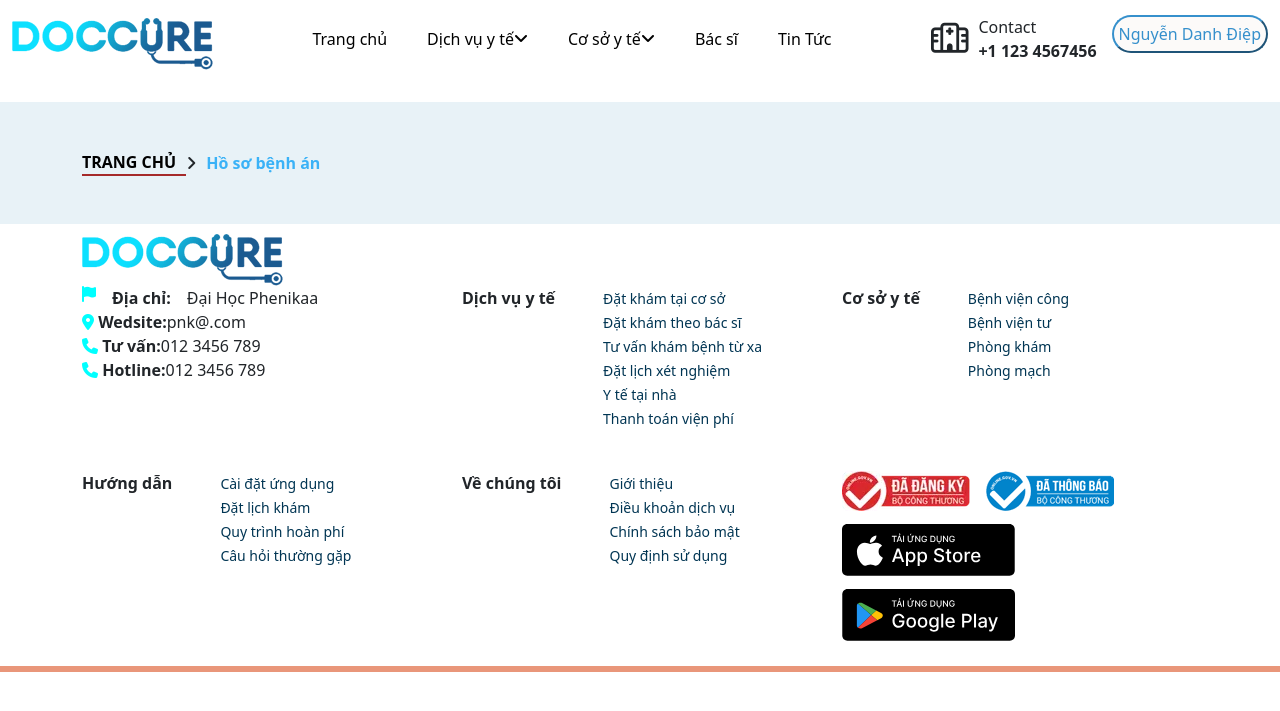
Repository: tuanminhh03/DACS-Complete
Page: http://localhost/web-user/hosobenhnhan.php
An editor plug-in stored every save of this project. The page is shown before and after the next save, followed by the edit.
The browser window is 1280 px wide. The pictures show the whole page.
The page is run by PHP 8.4 with error messages shown; the project is at /var/www/html/.

Above is the page before, as saved 2023-11-11 17:57:30.

After the next save:
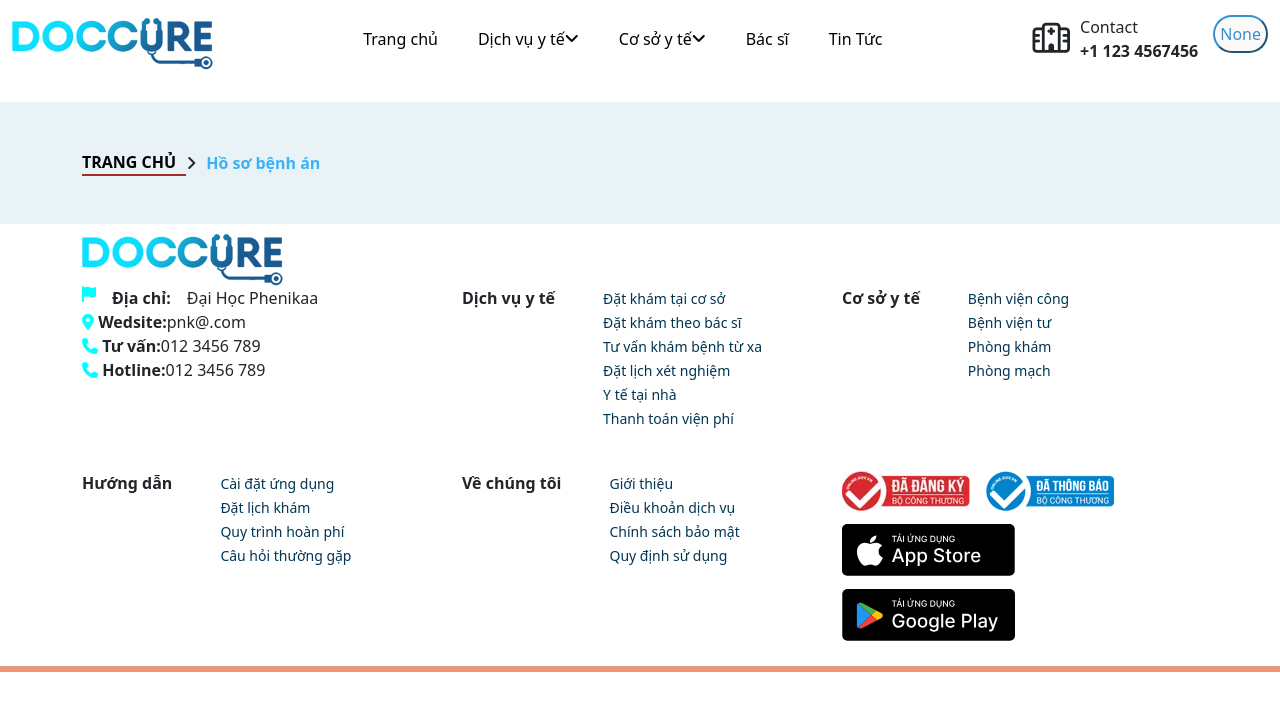
Saved 17 s later.
--- a/web-user/hosobenhnhan.php
+++ b/web-user/hosobenhnhan.php
@@ -1,5 +1,6 @@
 <!DOCTYPE html>
 <html lang="en">
+
 <head>
     <meta charset="UTF-8">
     <meta name="viewport" content="width=device-width, initial-scale=1.0">
@@ -10,6 +11,7 @@
     <link rel="stylesheet" href="./jquery/script.js">
     <title>Document</title>
 </head>
+
 <body>
     <header class="doccure_header">
         <div class="doccure_header-mid">
@@ -29,11 +31,11 @@
                         <li class="menu_item">
                             <a href="service.html">Dịch vụ y tế<i class="fa-solid fa-angle-down"></i></a>
                             <div class="subnav" style="width: 160px;">
-                                    <a href="./service.html">Đặt khám tại cơ sở</a>
-                                    <a href="./service2.html">Đặt khám theo bác sĩ</a>
-                                    <a href="#">Tư vấn khám bệnh từ xa</a>
-                                    <a href="./service3.html">Đặt lịch xét nghiệm</a>
-                                    <a href="#">Y tế tại nhà</a>
+                                <a href="./service.html">Đặt khám tại cơ sở</a>
+                                <a href="./service2.html">Đặt khám theo bác sĩ</a>
+                                <a href="#">Tư vấn khám bệnh từ xa</a>
+                                <a href="./service3.html">Đặt lịch xét nghiệm</a>
+                                <a href="#">Y tế tại nhà</a>
                             </div>
                         </li>
                         <li class="menu_item">
@@ -62,13 +64,27 @@
                                 <p class="contact_info_header"><b>+1 123 4567456</b></p>
                             </div>
                             <div class="style_user">
-                                <button class="user">Nguyễn Danh Điệp</button>
+                                <button class="user">
+                                    <?php
+                                    session_start();
+                                    if (isset($_SESSION["username"])) {
+                                        echo $_SESSION["username"];
+                                    } else {
+                                        echo "None";
+                                    }
+                                    ?>
+                                </button>
                                 <div class="subnav">
-                                    <a href="./hosobenhnhan.html"><i class="fa-solid fa-address-card" style="margin-right: 15px;"></i>Hồ Sơ Bệnh Nhân</a>
-                                    <a href="./lichkhamuser.html"><i class="fa-solid fa-calendar-days" style="margin-right: 15px;"></i>Lịch Khám Bệnh</a>
-                                    <a href="#"><i class="fa-solid fa-bell" style="margin-right: 15px;"></i>Thông báo</a>
-                                    <a href="./updatehosobenhan.html"><i class="fa-solid fa-pen-to-square" style="margin-right: 15px;"></i>Cập nhập hồ sơ</a>
-                                    <a href="#" style="color: #e10e0e;"><i class="fa-solid fa-right-from-bracket" style="color: #e10e0e;margin-right: 15px;"></i>Đăng xuất</a>
+                                    <a href="./hosobenhnhan.html"><i class="fa-solid fa-address-card"
+                                            style="margin-right: 15px;"></i>Hồ Sơ Bệnh Nhân</a>
+                                    <a href="./lichkhamuser.html"><i class="fa-solid fa-calendar-days"
+                                            style="margin-right: 15px;"></i>Lịch Khám Bệnh</a>
+                                    <a href="#"><i class="fa-solid fa-bell" style="margin-right: 15px;"></i>Thông
+                                        báo</a>
+                                    <a href="./updatehosobenhan.html"><i class="fa-solid fa-pen-to-square"
+                                            style="margin-right: 15px;"></i>Cập nhập hồ sơ</a>
+                                    <a href="#" style="color: #e10e0e;"><i class="fa-solid fa-right-from-bracket"
+                                            style="color: #e10e0e;margin-right: 15px;"></i>Đăng xuất</a>
                                 </div>
                             </div>
                         </div>
@@ -102,14 +118,14 @@
                                     <strong>Địa chỉ:</strong>Đại Học Phenikaa
                                 </div>
                                 <div class="doccure-address">
-                                    <i class="fas fa-map-marker-alt"style="color: aqua;"></i>
+                                    <i class="fas fa-map-marker-alt" style="color: aqua;"></i>
                                     <strong>Wedsite:</strong>pnk@.com
                                 </div>
                                 <div class="doccure-address-hotline">
-                                    <i class="fas fa-phone"style="color: aqua;"></i>
+                                    <i class="fas fa-phone" style="color: aqua;"></i>
                                     <strong>Tư vấn:</strong>012 3456 789
                                     <br>
-                                    <i class="fas fa-phone"style="color: aqua;"></i>
+                                    <i class="fas fa-phone" style="color: aqua;"></i>
                                     <strong>Hotline:</strong>012 3456 789
                                 </div>
                             </div>
@@ -186,33 +202,34 @@
     </div>
     <footer>
 
-      </footer>
+    </footer>
     <script>
-    function openTab(tabId) {
-    // Hide all content sections and remove 'active' class from all tab buttons
-    const contentSections = document.querySelectorAll(".content");
-    const tabButtons = document.querySelectorAll(".tab-btn");
-
-    contentSections.forEach((section) => {
-        section.style.transform = "translateX(1000px)";
-        section.classList.remove("active");
-    });
-
-    tabButtons.forEach((button) => {
-        button.classList.remove("active");
-    });
-
-    // Show the selected content section and set the 'active' class on the button
-    const selectedTab = document.getElementById(tabId);
-    selectedTab.style.transform = "translateX(0)";
-    selectedTab.classList.add("active");
-
-    const selectedButton = document.querySelector(`#${tabId}-btn`);
-    selectedButton.classList.add("active");
-}
+        function openTab(tabId) {
+            // Hide all content sections and remove 'active' class from all tab buttons
+            const contentSections = document.querySelectorAll(".content");
+            const tabButtons = document.querySelectorAll(".tab-btn");
+
+            contentSections.forEach((section) => {
+                section.style.transform = "translateX(1000px)";
+                section.classList.remove("active");
+            });
+
+            tabButtons.forEach((button) => {
+                button.classList.remove("active");
+            });
+
+            // Show the selected content section and set the 'active' class on the button
+            const selectedTab = document.getElementById(tabId);
+            selectedTab.style.transform = "translateX(0)";
+            selectedTab.classList.add("active");
+
+            const selectedButton = document.querySelector(`#${tabId}-btn`);
+            selectedButton.classList.add("active");
+        }
 
     </script>
     <script src="./boostrap/bootstrap.min.js"></script>
     <script src="./jquery/code.jquery.com_jquery-3.7.1.min.js"></script>
 </body>
+
 </html>
